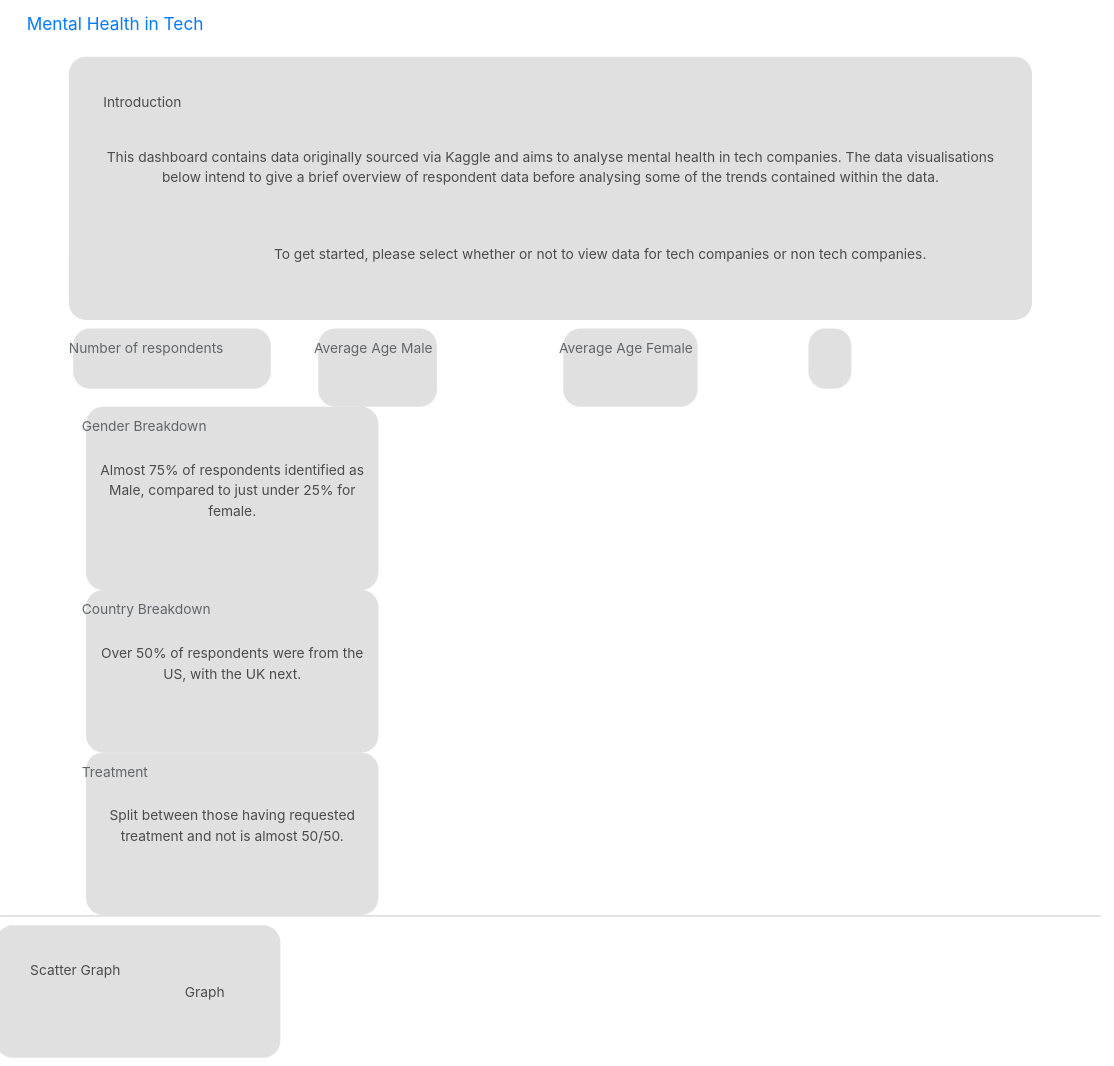
Repository: martingr1/mhdashboard
Page: index.html
The author's editor kept a record of every edit. The page is drawn from the files as they stood at one moment, then again after the next edit.
The browser window is 1280 px wide. The page is 1295 px wide, so the pictures cover 1295 px, including what lies to the right of the window. The pictures show the whole page, at 86% of full size.
Some web libraries are served in a nearby version.

Above is the page before.
Console error: SyntaxError: missing ) after argument list

### index.html
<html>

<head>

    <meta charset="UTF-8">
    <meta name="viewport" content="width=device-width, initial-scale=1.0">
    <meta http-equiv="X-UA-Compatible" content="ie=edge">
    <title>Mental Health in Tech</title>

    <link rel="stylesheet" href="static/css/bootstrap.min.css" type="text/css" />
    <link rel="stylesheet" href="static/css/dc.min.css" type="text/css" />
    <link rel="stylesheet" type="text/css" href="https://maxcdn.bootstrapcdn.com/font-awesome/4.7.0/css/font-awesome.min.css">
    <link rel="stylesheet" href="static/css/style.css" type="text/css" />


    <script type="text/javascript" src="static/js/d3.min.js"></script>
    <script type="text/javascript" src="static/js/crossfilter.min.js"></script>
    <script type="text/javascript" src="static/js/dc.min.js"></script>
    <script type="text/javascript" src="static/js/queue.min.js"></script>
    <script type="text/javascript" src="static/js/graph.js"></script>

</head>

<body class="background-image">

    <nav class="navbar navbar-default">
        <div class="container-fluid">
            <div class="navbar-header">
                <a class="navbar-brand" href="#">Mental Health in Tech</a>
            </div>
        </div>
    </nav>

    <section class="section container col-container">
        <div class="row">
            <article class="article col-lg-12">
                <div class="row text-center">
                    <div class="row intro-box">
                        <div class="row text-center chart-text">Introduction</div>
                        <hr class="line">
                        <div class="row text-center">
                            <p class="chart-text">This dashboard contains data originally sourced via Kaggle and aims to analyse mental health in tech companies. The data visualisations below intend to give a brief overview of respondent data before analysing some of the trends
                                contained within the data. </p>
                        </div>
                        <hr class="line">
                        <div class="chart" id="select_company">
                            <p class="chart-text">To get started, please select whether or not to view data for tech companies or non tech companies.</p>
                        </div>
            </article>
            </div>
            <div class="row">
                <article class="article col-xs-12 col-sm-6 col-lg-3">

                    <div class="row no-gutters text-center">
                        <div class="row content-box">
                            <div class="row">
                                <div class="text-center">Number of respondents</div>
                                <hr class="line">
                                <div>
                                    <p class="chart-text"></p>
                                </div>
                                <div class="row">
                                    <div class="chart" id=" "></div>
                                </div>
                            </div>
                        </div>
                    </div>
                </article>

                <article class="article col-xs-12 col-sm-6 col-lg-3">
                    <div class="row no-gutters text-center">
                        <div class="row content-box">
                            <div class="row">
                                <div class="text-center">Average Age Male</div>
                                <hr class="line">
                                <div>
                                    <p class="chart-text"></p>
                                </div>
                                <div class="row">
                                    <div class="age_display" id="average_age_male"></div>
                                </div>
                            </div>
                        </div>
                    </div>
                </article>

                <article class="article col-xs-12 col-sm-6 col-lg-3">
                    <div class="row no-gutters text-center">
                        <div class="row content-box">
                            <div class="row">
                                <div class="text-center">Average Age Female</div>
                                <hr class="line">
                                <div>
                                    <p class="chart-text"></p>
                                </div>
                                <div class="row">
                                    <div class="age_display" id="average_age_gender"></div>
                                </div>
                            </div>
                        </div>
                    </div>
                </article>

                <article class="article col-xs-12 col-sm-6 col-lg-3">
                    <div class="row no-gutters text-center">
                        <div class="row content-box">
                            <div class="row">
                                <div class="text-center"></div>
                                <hr class="line">
                                <div>
                                    <p class="chart-text"></p>
                                </div>
                                <div class="row">
                                    <div class="chart" id=" "></div>
                                </div>
                            </div>
                        </div>
                    </div>
                </article>
            </div>
            <article class="article col-xs-12 col-sm-6 col-lg-4">
                <div class="row no-gutters text-center">
                    <div class="row content-box">
                        <div class="row">
                            <div class="text-center">Gender Breakdown</div>
                            <hr class="line">
                            <div>
                                <p class="chart-text">Almost 75% of respondents identified as Male, compared to just under 25% for female.</p>
                            </div>
                            <div class="row">
                                <div class="chart" id="gender_breakdown"></div>
                            </div>
                        </div>
                    </div>
                </div>
            </article>

            <article class="article col-xs-12 col-sm-6 col-lg-4">
                <div class="row no-gutters text-center">
                    <div class="row content-box">
                        <div class="row">
                            <div class="text-center">Country Breakdown</div>
                            <hr class="line">
                            <div>
                                <p class="chart-text">Over 50% of respondents were from the US, with the UK next.</p>
                            </div>
                            <div class="row">
                                <div class="chart" id="country_breakdown"></div>
                            </div>
                        </div>
                    </div>
            </article>

            <article class="article col-xs-12 col-sm-6 col-lg-4">
                <div class="row no-gutters text-center">
                    <div class="row content-box">
                        <div class="row">
                            <div class="text-center">Treatment</div>
                            <hr class="line">
                            <div>
                                <p class="chart-text">Split between those having requested treatment and not is almost 50/50.</p>
                            </div>
                            <div class="row">
                                <div class="chart" id="treatment_chart"></div>
                            </div>
                        </div>
                    </div>
            </article>
    </section>

    <div class="card" id="average_age"></div>

    <div class="row">
        <article class="article col-lg-12">
            <div class="row text-center">
                <div class="row intro-box">
                    <div class="row text-center chart-text">Scatter Graph</div>
                    <hr class="line">
                    <div class="row text-center">
                        <p class="chart-text"> </p>
                    </div>
                    <div class="chart" id="">
                        <p class="chart-text">Graph</p>
                    </div>
        </article>
        </div>

        <script src="https://code.jquery.com/jquery-3.2.1.js" integrity="sha256-DZAnKJ/6XZ9si04Hgrsxu/8s717jcIzLy3oi35EouyE=" crossorigin="anonymous"></script>

</body>

</html>

### static/css/style.css
/*.background-image {
	background-image: url("static/images/clouds_sunset_sky_119785_3840x2400.jpg");
	background-position: center center;
} */

.intro-box {
	box-sizing: border-box;
	border-radius: 20px;
	background-color: #D3D3D3;
	opacity: 0.7;
	display: flex;
	margin: 10px;
	padding: 20px;
}

.content-box {
	box-sizing: border-box;
	border-radius: 20px;
	background-color: #D3D3D3;
	opacity: 0.7;
	margin: auto 0;
	padding: 10px;
}

.chart {
    margin: 0 auto;
    padding: 25px;
    display: inline-block;

}
.chart-text {
	font-size: medium;
	color: black;
	margin: 10px;
	padding: 10px;
}

.line {
	margin: 15px auto 15px;
	color: #FFFFFF;
	max-width: 75%;
}

### static/js/graph.js
queue()
    .defer(d3.csv, "data/mhsurvey2.csv")
    .await(makeGraphs);

function makeGraphs(error, healthData) {

    var ndx = crossfilter(healthData);

    var parseDate = d3.time.format("%d/%m/%Y").parse;


    healthData.forEach(function(d) {
        d.age = parseInt(d.age);
        d.date = parseDate(d.date);

    })

    show_average_age_gender(ndx, "Female", "#average_age_gender");
    show_average_age_gender(ndx, "Male", "#average_age_male");

    show_select_company(ndx);
    show_gender_breakdown(ndx);
    show_country_breakdown(ndx);
    show_treatment_levels(ndx);

    show_treatment_timeline(ndx);


    dc.renderAll();
}

function show_select_company(ndx) {
    var dim = ndx.dimension(dc.pluck("techcompany"));
    var group = dim.group();

    dc.selectMenu("#select_company")
        .dimension(dim)
        .group(group);
}

function show_gender_breakdown(ndx) {

    var dim = ndx.dimension(dc.pluck("gender"));
    var group = dim.group();

    dc.pieChart('#gender_breakdown')
        .height(200)
        .radius(480)
        .transitionDuration(500)
        .dimension(dim)
        .group(group);
}

function show_country_breakdown(ndx) {

    var dim = ndx.dimension(dc.pluck("country"));
    var group = dim.group();

    dc.pieChart('#country_breakdown')
        .height(200)
        .radius(400)
        .transitionDuration(500)
        .dimension(dim)
        .group(group);
}

function show_treatment_levels(ndx) {

    var dim = ndx.dimension(dc.pluck("treatment"));
    var group = dim.group();

    dc.barChart('#treatment_chart')
        .width(300)
        .height(200)
        .margins({ top: 10, right: 50, bottom: 30, left: 50 })
        .dimension(dim)
        .group(group)
        .x(d3.scale.ordinal())
        .xUnits(dc.units.ordinal)
}

function show_average_age_gender(ndx, gender, element) {
    var averageAgeByGender = ndx.groupAll().reduce(
        function(p, v) {
            if (v.gender === gender) {
                p.count++;
                p.total += v.age;
                p.average = p.total / p.count;
            }
            return p;
        },

        function(p, v) {
            if (v.gender === gender) {

                p.count--;
                p.total += v.age;
                p.average = p.total / p.count;
            }
            else {
                p.total -= v.age;
                p.average = p.total / p.count;
            }
            return p;
        },

        function() {
            return { count: 0, total: 0, average: 0 };
        },
    );

    dc.numberDisplay(element)
        .formatNumber(d3.format(".0f"))
        .valueAccessor(function(d) {
            if (d.count == 0) {
                return 0;
            }
            else {
                return (d.total / d.count);
            }
        })
        .group(averageAgeByGender);
}

function show_treatment_timeline(ndx) {
    var date_dim = ndx.dimension(dc.pluck('date'));
    var treatment = date_dim.group().reduce(
        function (p,v) {
            if (v.treatment === 'Yes') {
                p.count ++;
                p.total += v.treatment;
            }
            return p;
        }
        function (p,v) {
            if (v.treatment === )

        }

        )

    var minDate = date_dim.bottom(1)[0].date;
    var maxDate = date_dim.top(1)[0].date;

    dc.lineChart("#treatment_timeline")
        .width(1000)
        .height(300)
        .margins({ top: 10, right: 50, bottom: 30, left: 50 })
        .dimension(date_dim)
        .group(treatment)
        .transitionDuration(500)
        .x(d3.time.scale().domain([minDate, maxDate]))
        .xAxisLabel("Year")
        .yAxis().ticks(4);
}

Loaded but not shown: static/css/bootstrap.min.css (library); static/css/dc.min.css (library); static/js/d3.min.js (library); static/js/crossfilter.min.js (library); static/js/dc.min.js (library); static/js/queue.min.js (common file)

After the next edit:
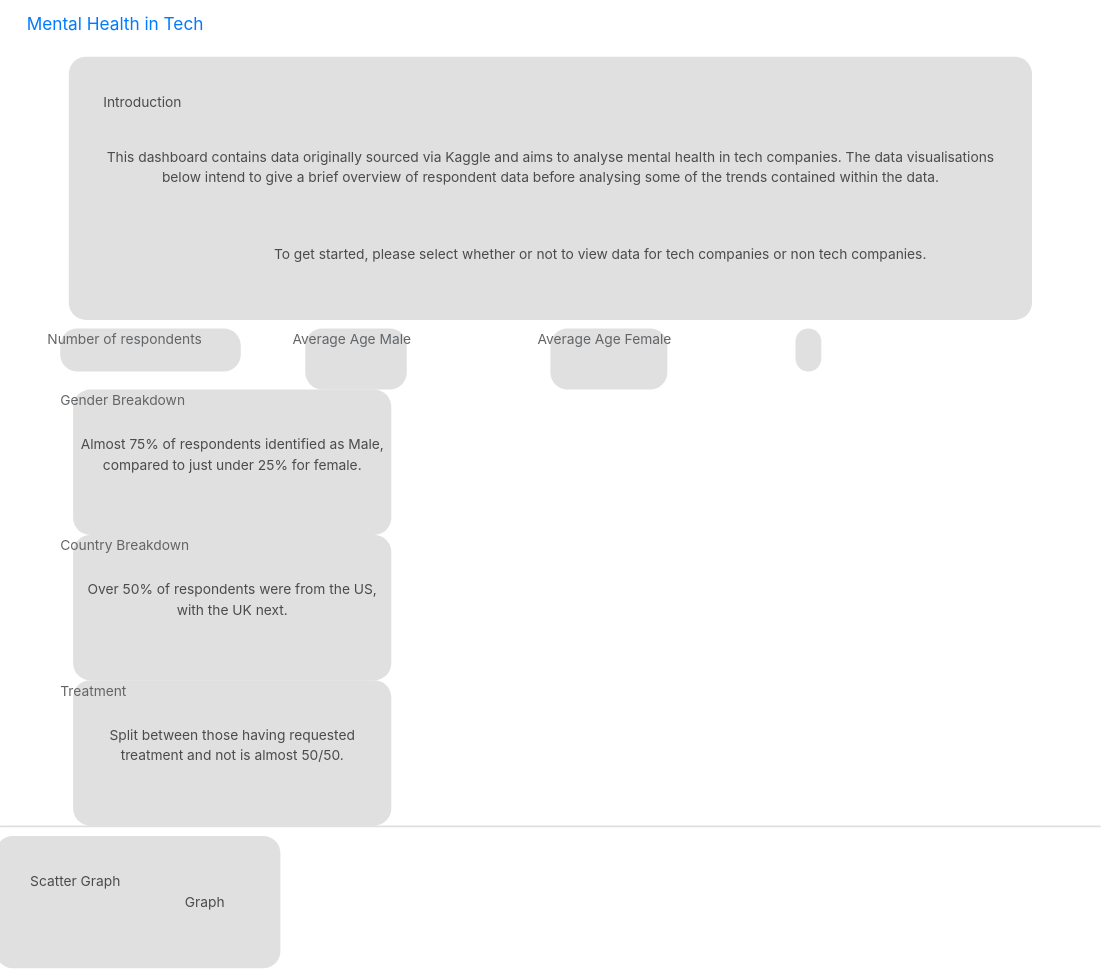
The edit:
--- a/static/css/style.css
+++ b/static/css/style.css
@@ -18,8 +18,7 @@
 	border-radius: 20px;
 	background-color: #D3D3D3;
 	opacity: 0.7;
-	margin: auto 0;
-	padding: 10px;
+	display: flex;
 }
 
 .chart {
